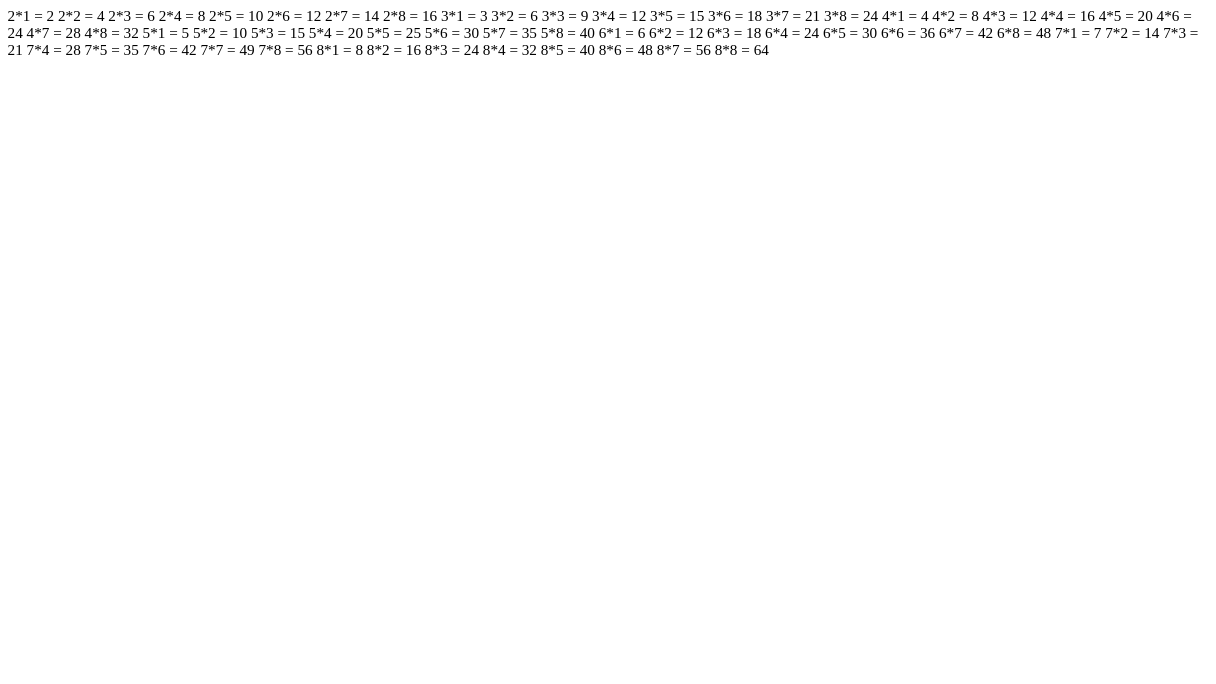
Repository: SeungwanHong/Web-jsp-
Page: http://localhost/20170404/example/gugudan.jsp
An editor plug-in stored every save of this project. The page is shown before and after the next save, followed by the edit.
The browser window is 1280 px wide. The pictures show the whole page, at 95% of full size.
The page is served by Tomcat 9.

Above is the page before, as saved 2017-04-04 01:25:18.

After the next save:
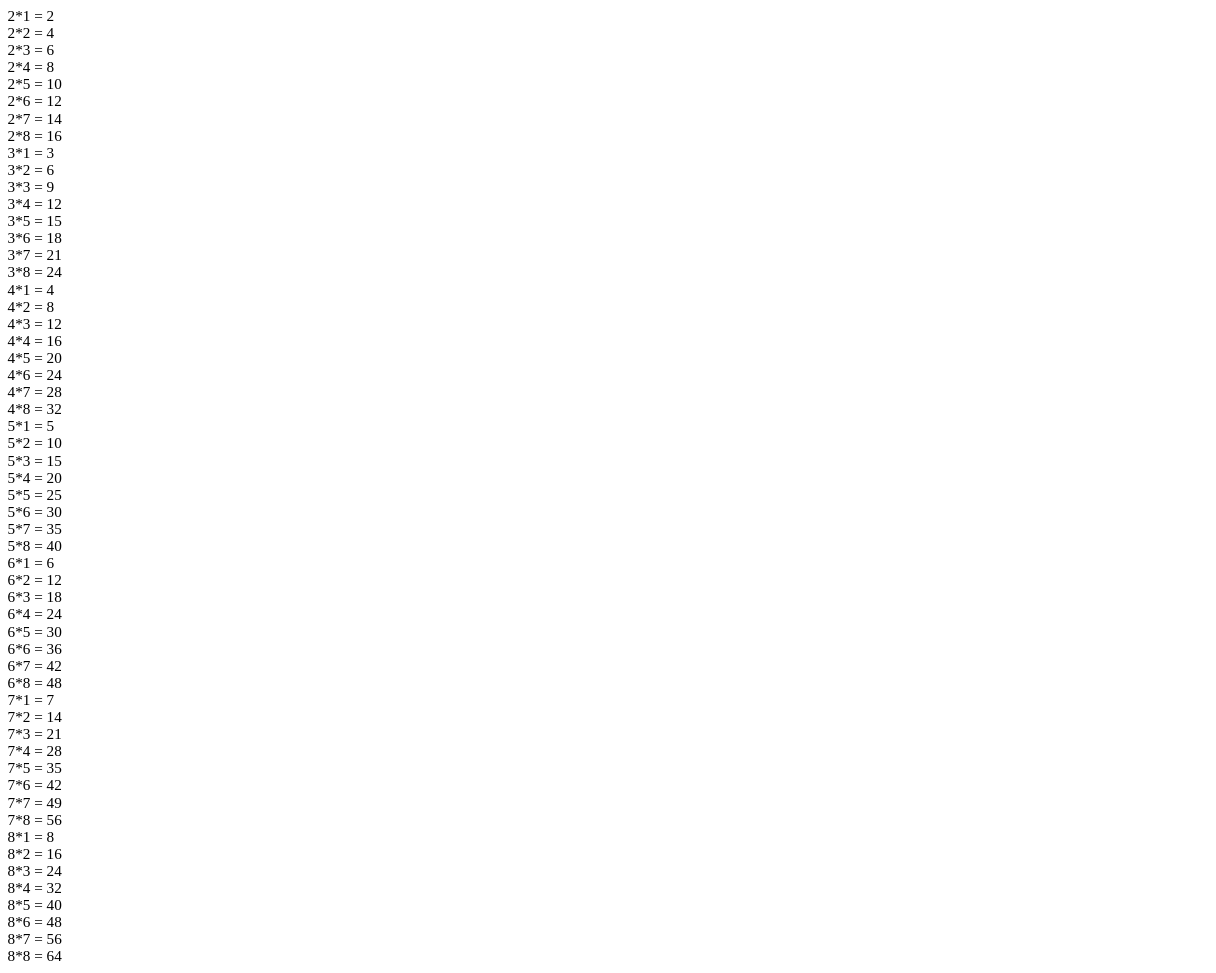
Saved 9 s later.
--- a/20170404/WebContent/example/gugudan.jsp
+++ b/20170404/WebContent/example/gugudan.jsp
@@ -39,7 +39,7 @@
   <%
   	for(int i = 2 ; i<9 ; i++){
         for(int j = 1 ; j<9 ; j++){
-            out.println(i+"*"+j+" = "+i*j);
+            out.println(i+"*"+j+" = "+i*j+"<br/>");
         }
     }
   %>
